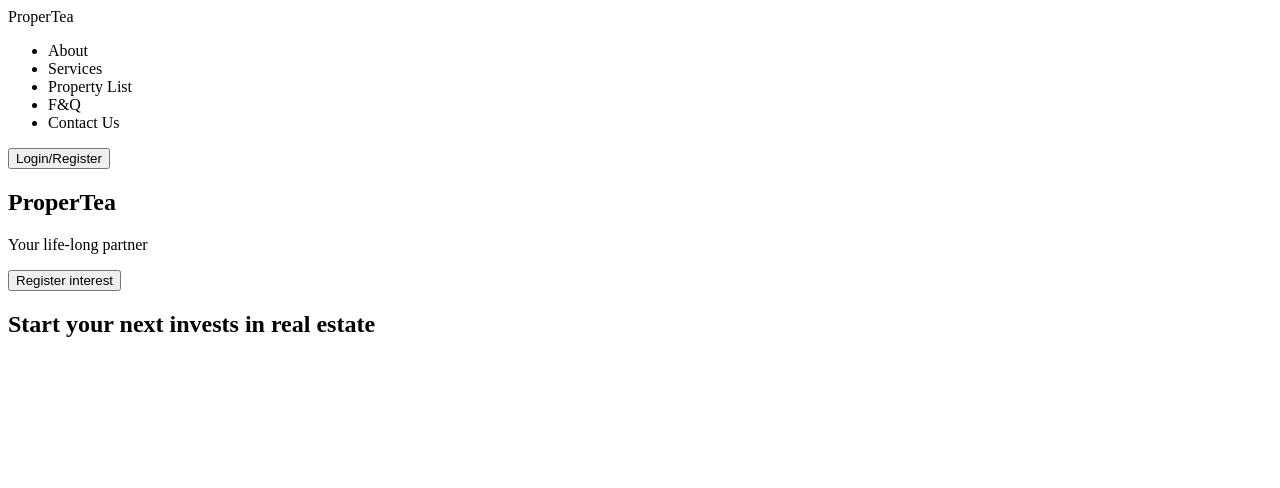
Repository: jijip41/Creating-website-1
Page: portfolio/index.html
These files come from the project's save history. The page is drawn as it stood at one moment and after the next save; the edit follows.
The browser window is 1280 px wide. The pictures show the whole page.

Above is the page before, as saved 2021-02-05 22:09:09.

### portfolio/index.html
<!DOCTYPE html>
<html lang="en">
  <head>
    <meta charset="UTF-8" />
    <meta name="viewport" content="width=device-width, initial-scale=1.0" />
    <title>Welcome to ProperTea</title>
  </head>
  <body>
    <header>
      <div>ProperTea</div>

      <nav>
        <ul>
          <li>About</li>
          <li>Services</li>
          <li>Property List</li>
          <li>F&Q</li>
          <li>Contact Us</li>
        </ul>
        <div>
          <button>Login/Register</button>
        </div>
      </nav>
    </header>

    <section>
      <h1>ProperTea</h1>
      <p>Your life-long partner</p>
      <button>Register interest</button>
    </section>

    <section>
      <h1>Start your next invests in real estate</h1>
    </section>
  </body>
</html>

After the next save:
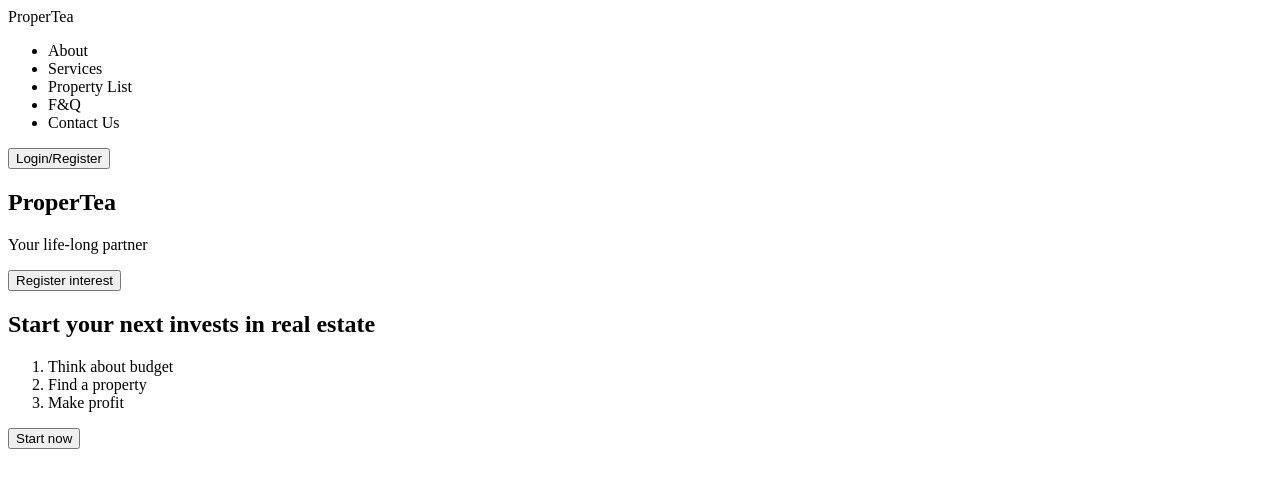
Saved 2 min 10 s later.
--- a/portfolio/index.html
+++ b/portfolio/index.html
@@ -31,6 +31,12 @@
 
     <section>
       <h1>Start your next invests in real estate</h1>
+      <ol>
+        <li>Think about budget</li>
+        <li>Find a property</li>
+        <li>Make profit</li>
+      </ol>
+      <button>Start now</button>
     </section>
   </body>
 </html>
